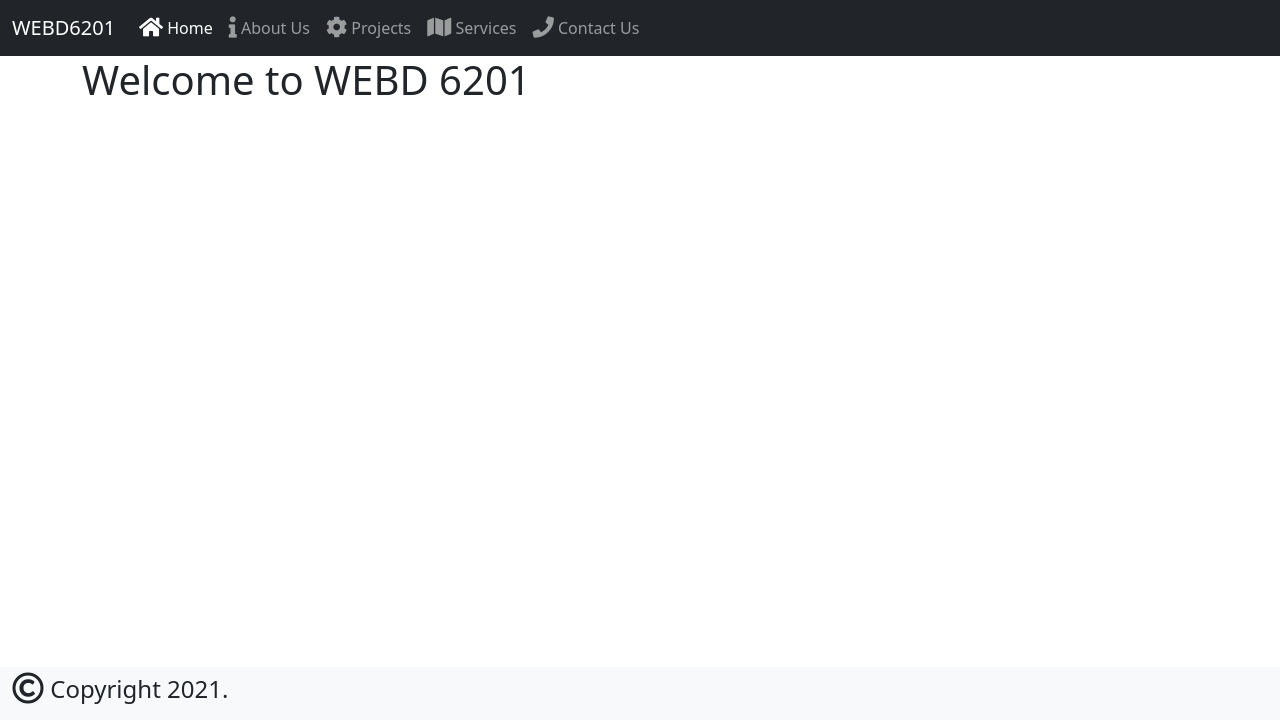
Repository: aphim/webd6201ICE6
Page: index.html
The author's editor kept a copy of each file at every save. The page is drawn from the files as they stood at one save, then again after the next save.
The browser window is 1280 px wide. The pictures show the whole page.

Above is the page before, as saved 2021-02-03 09:30:35.
Console error: ReferenceError: Cannot access 'h1' before initialization

### index.html
<!DOCTYPE html>
<html lang="en">
<head>
    <meta charset="UTF-8">
    <meta name="viewport" content="width=device-width, initial-scale=1.0">
    <title>Home</title>
    <!-- CSS Section -->
    <link rel="stylesheet" href="./node_modules/bootstrap/dist/css/bootstrap.min.css">
    <link rel="stylesheet" href="./node_modules/@fortawesome/fontawesome-free/css/all.min.css">
    <link rel="stylesheet" href="./Content/app.css">
</head>
<body>
    <!-- Main Header -->
    <header>
        <!-- Main Navigation -->
        <nav class="navbar navbar-expand-lg navbar-dark bg-dark">
            <div class="container-fluid">
              <a class="navbar-brand" href="index.html">WEBD6201</a>
              <button class="navbar-toggler" type="button" data-bs-toggle="collapse" data-bs-target="#navbarSupportedContent" aria-controls="navbarSupportedContent" aria-expanded="false" aria-label="Toggle navigation">
                <span class="navbar-toggler-icon"></span>
              </button>
              <div class="collapse navbar-collapse" id="navbarSupportedContent">
                <ul class="navbar-nav me-auto mb-2 mb-lg-0">
                  <li class="nav-item">
                    <a class="nav-link active" aria-current="page" href="index.html"><i class="fas fa-home fa-lg"></i> Home</a>
                  </li>

                  <li class="nav-item">
                    <a class="nav-link" aria-current="page" href="about.html"><i class="fas fa-info fa-lg"></i> About Us</a>
                  </li>

                  <li class="nav-item">
                    <a class="nav-link" aria-current="page" href="projects.html"><i class="fas fa-cog fa-lg"></i> Projects</a>
                  </li>

                  <li class="nav-item">
                    <a class="nav-link" aria-current="page" href="services.html"><i class="fas fa-map fa-lg"></i> Services</a>
                  </li>

                  <li class="nav-item">
                    <a class="nav-link" aria-current="page" href="contact.html"><i class="fas fa-phone fa-lg"></i> Contact Us</a>
                  </li>
                </ul>
              </div>
            </div>
          </nav>
    </header>

    <!-- Main Content -->
    <main class="container">
        <h1>Welcome to WEBD 6201</h1>
        <p id="paragraphOne"></p>
    </main>

    <!-- Main Footer -->
    <footer>
        <nav class="navbar fixed-bottom navbar-light bg-light">
            <div class="container-fluid">
              <h4><i class="far fa-copyright fa-lg"></i> Copyright 2021.</h4>
            </div>
          </nav>
    </footer>

    <!-- Script Section-->
    <script src="./node_modules/jquery/dist/jquery.min.js"></script>
    <script src="./node_modules/bootstrap/dist/js/bootstrap.bundle.min.js"></script>
    <script src="./Scripts/app.js"></script>
</body>
</html>

### Scripts/app.js
/* custom JavaScript goes here */

//IIFE - Immediately Invoked Function Expression
//AKA - Anonymous Self-Executing Function
//Closure - limits scope leak

"use strict";

//let mypage = $(document).ready(function()
//{
//  console.log("document is ready");
//});


(function()
{
    function displayHome()
    {

      $("h1").on("click", function()
      {
        console.log("clicked h1 -jquery");
      });
      console.log(h1);

      let h1 = document.querySelectorAll("h1")[0];

       h1.addEventListener("click", function()
      {
        console.log("clicked h1 - js");
      });

        let paragraphOneText =
          "This is a simple site to demonstrate DOM Manipulation for ICE 1";

        let paragraphOneElement = document.getElementById("paragraphOne");

        paragraphOneElement.textContent = paragraphOneText;
        paragraphOneElement.className = "fs-5";

        // Step 1. document.createElement
        let newParagraph = document.createElement("p");
        // Step 2. configure the element
        newParagraph.setAttribute("id", "paragraphTwo");
        newParagraph.textContent = "...And this is paragraph two";
        // Step 3. select the parent element
        let mainContent = document.getElementsByTagName("main")[0];
        // Step 4. Add / Insert the element
        mainContent.appendChild(newParagraph);

        newParagraph.className = "fs-6";

        // another way of injecting content
        let paragraphDiv = document.createElement("div");
        let paragraphThree = `<p id="paragraphThree" class="fs-7 fw-bold">And this is the Third Paragraph</p>`;
        paragraphDiv.innerHTML = paragraphThree;

        // insertions

        // example of inserting before a node
        //newParagraph.before(paragraphDiv);

        // example of inserting after a node
        newParagraph.after(paragraphDiv);

        // deletions

        // example of removing a single element
        //paragraphOneElement.remove();

        // example of removeChild
        mainContent.removeChild(paragraphOneElement);

        // update / modification
        //mainContent.firstElementChild.textContent = "Welcome Home!";

        mainContent.innerHTML = `<h1 id="firstHeading">Welcome to WEBD6201 - Lab 1</h1>
         <p id="paragraphOne" class="fs-3 fw-bold">This is my first Paragraph</p>
        `;

    }

    function displayAbout()
    {

    }

    function displayProjects()
    {

    }

    function displayServices()
    {

    }

    function displayContact()
    {
        let messageArea = document.getElementById("messageArea");
        messageArea.hidden = true;

        // form validation
        let fullName = document.getElementById("fullName");
        fullName.addEventListener("blur", function() {
            if(fullName.value.length < 2)
            {
                fullName.focus();
                fullName.select();
                messageArea.hidden = false;
                messageArea.className = "alert alert-danger";
                messageArea.textContent = "Please enter an appropriate Name";
            }
            else
            {
                messageArea.removeAttribute("class");
                messageArea.hidden = true;
            }
        });

        let sendButton = document.getElementById("sendButton");
        sendButton.addEventListener("click", function(event){
            //event.preventDefault();

            let contact = new Contact(fullName.value, contactNumber.value, emailAddress.value);

            if(contact.serialize())
            {
              localStorage.setItem((localStorage.length + 1).toString(), contact.serialize());
            }

        });
    }

    function displayContactList()
    {
      if (localStorage.length > 0)
      {
        let contactList = document.getElementById("contactList");

        let data = "";

        for (let index = 0; index < localStorage.length; index++)
        {
          let contactData = localStorage.getItem((index + 1).toString());

          let contact = new Contact();
          contact.deserialize(contactData);

          data += `<tr>
          <th scope="row">${index + 1}</th>
          <td>${contact.FullName}</td>
          <td>${contact.ContactNumber}</td>
          <td>${contact.EmailAddress}</td>
        </tr>`;
        }

        contactList.innerHTML = data;
      }
    }



    function Start()
    {
        console.log("App Started...");

        switch (document.title)
        {
          case "Home":
              displayHome();
            break;
          case "About":
              displayAbout();
            break;
          case "Projects":
              displayProjects();
            break;
          case "Services":
              displayServices();
            break;
          case "Contact":
              displayContact();
            break;
          case "Contact-List":
            displayContactList();
          break;
        }

    }

    window.addEventListener("load", Start);

})();

Loaded but not shown: node_modules/bootstrap/dist/css/bootstrap.min.css (library); node_modules/@fortawesome/fontawesome-free/css/all.min.css (library); Content/app.css (common file); node_modules/jquery/dist/jquery.min.js (library); node_modules/bootstrap/dist/js/bootstrap.bundle.min.js (library)

After the next save:
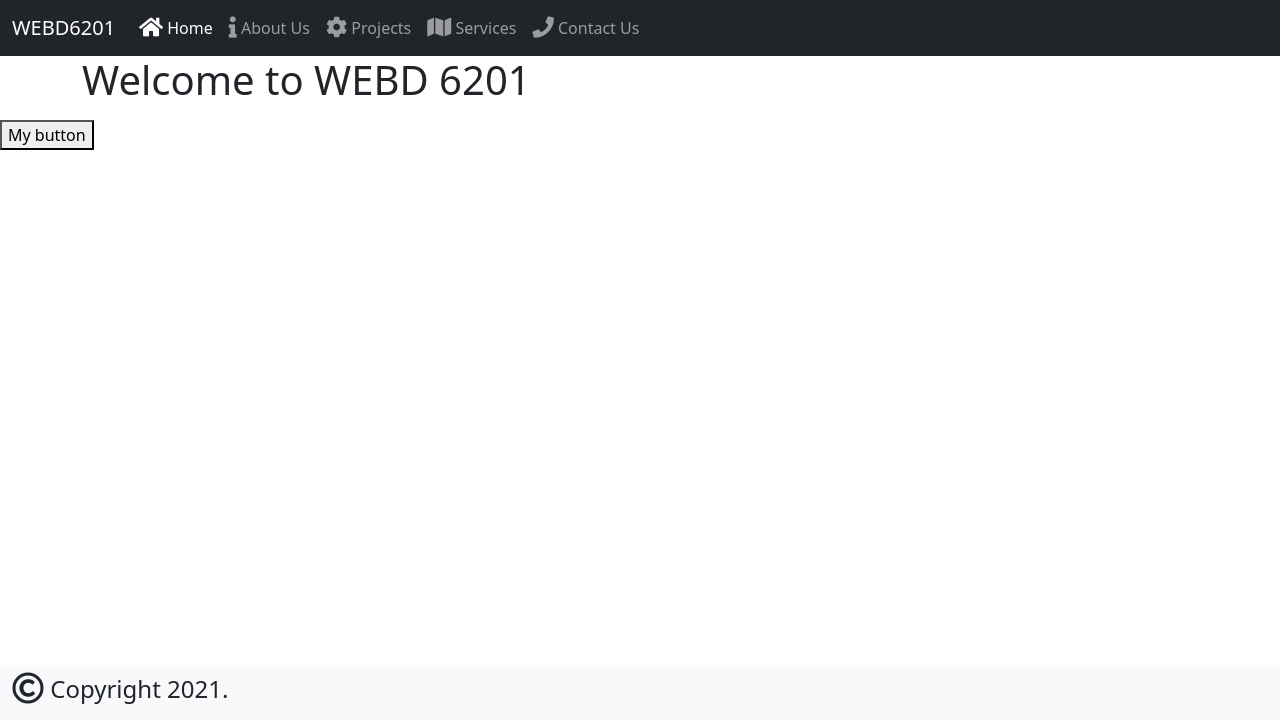
Saved 63 s later.
--- a/index.html
+++ b/index.html
@@ -51,6 +51,7 @@
         <h1>Welcome to WEBD 6201</h1>
         <p id="paragraphOne"></p>
     </main>
+    <button>My button</button>
 
     <!-- Main Footer -->
     <footer>
